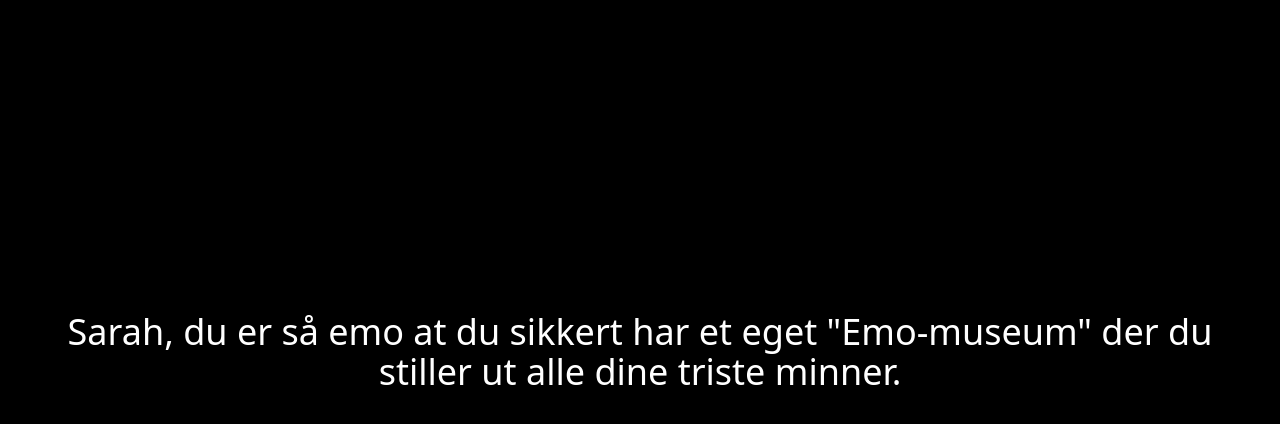
Repository: Larshalvorhansen/personalWebsite
Page: content/infoskjermV2/item-9_dagensBurn.html
These files come from the project's save history. The page is drawn as it stood at one moment and after the next save; the edit follows.
The browser window is 1280 px wide. The pictures show the whole page.
Some web libraries are served in a nearby version.

Above is the page before, as saved 2025-02-17 16:11:10.

### content/infoskjermV2/item-9_dagensBurn.html
<!DOCTYPE html>
<html lang="en">

<head>
    <meta charset="UTF-8">
    <meta name="viewport" content="width=device-width, initial-scale=1.0">
    <!-- <title>Daily Burn</title> -->
    <!-- Include Tailwind CSS -->
    <script src="https://cdn.tailwindcss.com"></script>
</head>

<body class="bg-black text-white font-sans">
    <!-- Daily Burn Section -->
    <div class="container mx-auto p-4 h-screen flex flex-col items-center justify-center">
        <div class="DailyBurn bg-black p-4 rounded-lg shadow-md text-center">
            <p id="random-line" class="text-4xl mb-4">Loading...</p>
            <!-- <button onclick="fetchRandomLine()" class="px-4 py-2 bg-white text-black rounded">
                Get New Line
            </button> -->
        </div>
    </div>

    <!-- JavaScript to Fetch Random Lines -->
    <script>
        function fetchRandomLine() {
            fetch('burnsV2.txt')
                .then(response => response.text())
                .then(data => {
                    const lines = data.split('\n').filter(line => line.trim() !== '');
                    const randomLine = lines[Math.floor(Math.random() * lines.length)];
                    document.getElementById('random-line').textContent = randomLine;
                });
        }
        fetchRandomLine(); // Fetch a line on page load
    </script>
</body>

</html>

After the next save:
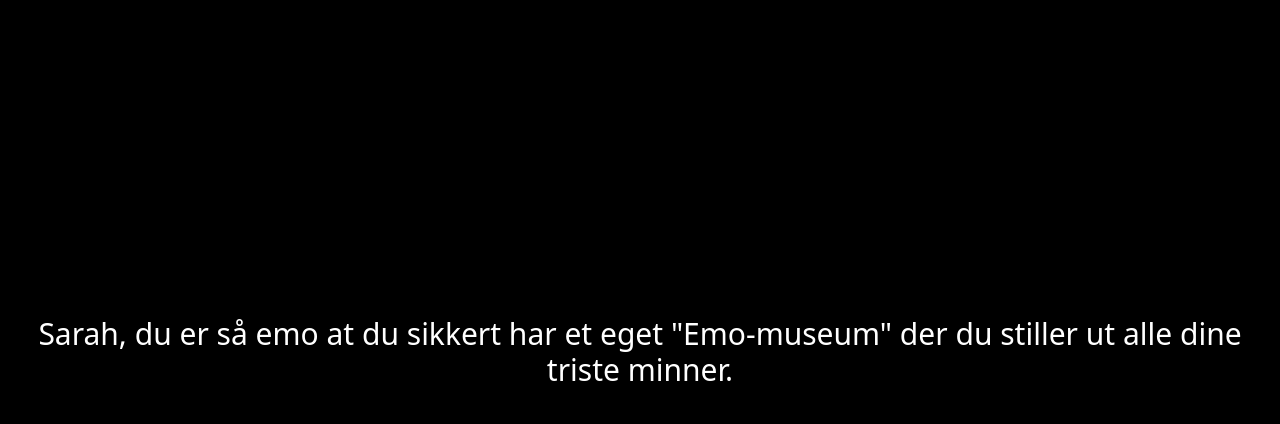
Saved 5 s later.
--- a/content/infoskjermV2/item-9_dagensBurn.html
+++ b/content/infoskjermV2/item-9_dagensBurn.html
@@ -13,7 +13,7 @@
     <!-- Daily Burn Section -->
     <div class="container mx-auto p-4 h-screen flex flex-col items-center justify-center">
         <div class="DailyBurn bg-black p-4 rounded-lg shadow-md text-center">
-            <p id="random-line" class="text-4xl mb-4">Loading...</p>
+            <p id="random-line" class="text-3xl mb-4">Loading...</p>
             <!-- <button onclick="fetchRandomLine()" class="px-4 py-2 bg-white text-black rounded">
                 Get New Line
             </button> -->
